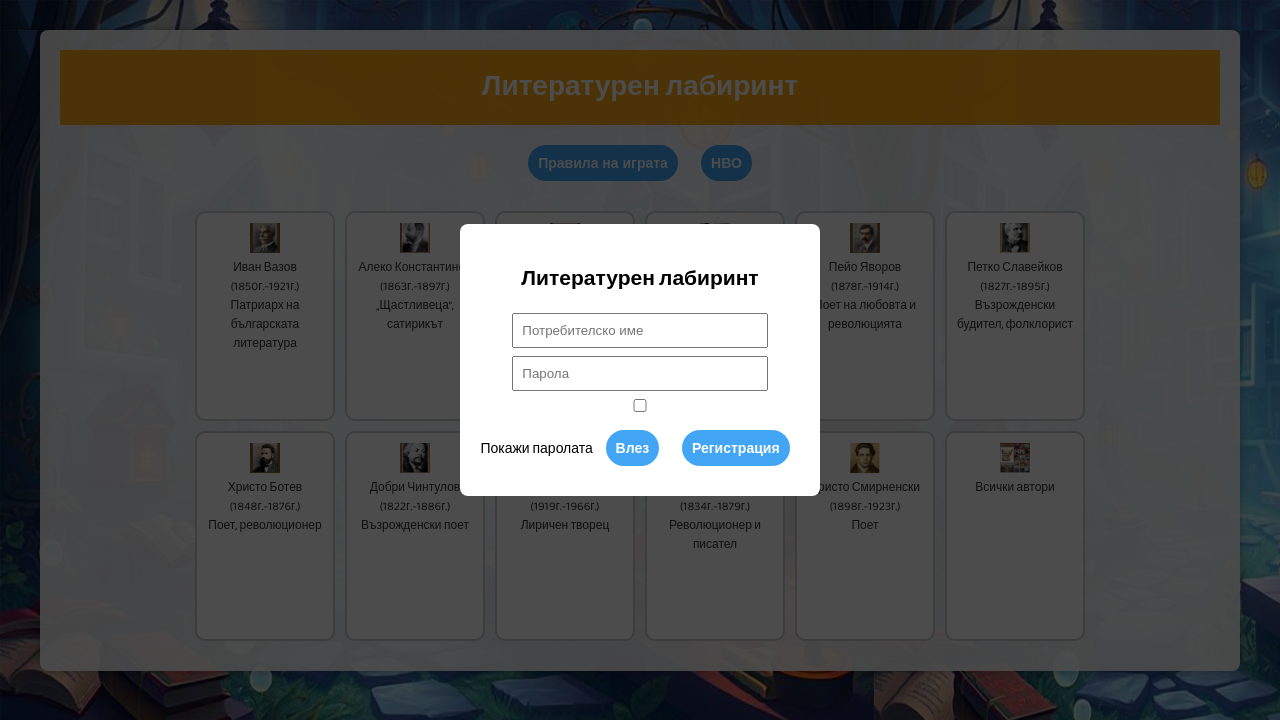
Repository: LY1177/litmaze
Page: public/index.html
The author's editor kept a copy of each file at every save. The page is drawn from the files as they stood at one save, then again after a run of saves.
The browser window is 1280 px wide. The pictures show the window.
A layer covers the whole window, so only the first screen is drawn. Backgrounds fixed to the window are drawn as part of the page.

Above is the page before, as saved 2025-05-01 02:46:01.

### public/index.html
<!DOCTYPE html>
<html lang="bg">
<head>
  <meta charset="UTF-8">
  <!-- Респонсив meta tag -->
  <meta name="viewport" content="width=device-width, initial-scale=1.0">
  <title>Литературен лабиринт – Escape Room</title>
  <!-- шрифт от Google Fonts -->
  <link href="https://fonts.googleapis.com/css2?family=Baloo+2:wght@400;700&display=swap" rel="stylesheet">
  <link rel="stylesheet" href="styles.css">
  <script src="script.js" defer></script>
</head>
<body>
  <!-- Главен контейнер, който ограничава ширината на проекта (не е full-screen) -->
  <div id="main-container">

    <!-- 1) Логин модал -->
    <div id="login-modal" class="modal visible">
      <div class="modal-content">
        <h2>Литературен лабиринт</h2>
        <input type="text" id="username" placeholder="Потребителско име">
        <input type="password" id="password" placeholder="Парола">
        <input type="checkbox" onclick="ShowLoginPassword()" class="passbox">Покажи паролата
        <button id="login-btn" class="btn">Влез</button>
        <button id="open-register-from-login" class="btn">Регистрация</button>
      </div>
    </div>
    <!-- Регистрационен модал -->
    <div id="register-modal" class="modal hidden">
      <div class="modal-content">
        <h2>Регистрация</h2>
        <input type="text"    id="register-username" placeholder="Потребителско име">
        <input type="email"   id="register-email"    placeholder="Имейл">
        <input type="password" id="register-password" placeholder="Парола">
        <div class="modal-buttons">
          <button id="register-btn"        class="btn">Регистрация</button>
          <button id="close-register-btn"  class="btn">Затвори</button>
        </div>
      </div>
    </div>


    <!-- 2) Екран за лабиринта (скрит по начало) -->
    <div id="game-container" class="screen hidden">

      <header id="top-bar">
        <h1 id="labyrinth-title">Лабиринт</h1>
        <div id="user-info">
          Потребител: <span id="display-username"></span> |
          Ниво: <span id="current-level">1</span> |
          Точки: <span id="score">0</span>
        </div>
        <div id="button-row">
          <button id="back-to-authors" class="nav-btn">Назад към авторите</button>
          <button id="next-level" class="nav-btn hidden">Следващо ниво</button>
          <!-- Бутон за управление на фоновата музика -->
          <button id="music-toggle-btn" class="btn">Пауза музика</button>
        <label for="volume-control">Сила на звука:</label>
        <input type="range" id="volume-control" min="0" max="1" step="0.01" value="0.2">
      </div>
      </header>

      <!-- Контейнер за лабиринта -->
      <div id="maze-container-active">
        <div id="maze-active"></div>
        <!-- Героят (🙂), центриран в клетката -->
        <div id="hero"></div>
      </div>
    </div>

    <!-- 3) Екран за избор на автори (флип карти) -->
    <div id="author-selection" class="screen">
      <h2>Литературен лабиринт</h2>
      <div class="rules-btn-container">
  <button id="rules-btn" class="btn">Правила на играта</button>
  <button id="nvo-btn" class="btn">НВО</button>
 </div>


      <!-- Мрежа с 12 карти -->
      <div class="card-container">
        <!-- Карта 1: Иван Вазов -->
        <div class="card" data-author="vazov">
          <div class="card-inner">
            <div class="card-front">
              <img src="images/vazov.jpg" alt="Иван Вазов">
                <p class="portrait-text">Иван Вазов</p>
                <p class="portrait-text">(1850г.-1921г.)</p>
                <p class="portrait-text">Патриарх на българската литература</p>

            </div>
            <div class="card-back">
              <p>Лабиринт – Иван Вазов</p>
              <button class="enter-btn btn">Вход</button>
            </div>
          </div>
        </div>

        <!-- Карта 2: Алеко Константинов -->
        <div class="card" data-author="aleko">
          <div class="card-inner">
            <div class="card-front">
              <img src="images/aleko.jpg" alt="Алеко Константинов">
              <p class="portrait-text">Алеко Константинов</p>
              <p class="portrait-text">(1863г.-1897г.)</p>
              <p class="portrait-text">„Щастливеца“, сатирикът</p>

            </div>
            <div class="card-back">
              <p>Лабиринт – Алеко Константинов</p>
              <button class="enter-btn btn">Вход</button>
            </div>
          </div>
        </div>

        <!-- Карта 3: Елин Пелин -->
        <div class="card" data-author="pelin">
          <div class="card-inner">
            <div class="card-front">
              <img src="images/pelin.jpg" alt="Елин Пелин">
              <p class="portrait-text">Елин Пелин</p>
              <p class="portrait-text">(1877г.-1949г.)</p>
              <p class="portrait-text">Майстор на късия разказ</p>
            </div>
            <div class="card-back">
              <p>Лабиринт – Елин Пелин</p>
              <button class="enter-btn btn">Вход</button>
            </div>
          </div>
        </div>

        <!-- Карта 4: Йордан Йовков -->
        <div class="card" data-author="yordan">
          <div class="card-inner">
            <div class="card-front">
              <img src="images/yordan.jpg" alt="Йордан Йовков">
              <p class="portrait-text">Йордан Йовков</p>
              <p class="portrait-text">(1880г.-1937г.)</p>
              <p class="portrait-text">Хуманистът,<br>„Певец на добротата“</p>
            </div>
            <div class="card-back">
              <p>Лабиринт – Йордан Йовков</p>
              <button class="enter-btn btn">Вход</button>
            </div>
          </div>
        </div>

        <!-- Карта 5: Пейо Яворов -->
        <div class="card" data-author="peyo">
          <div class="card-inner">
            <div class="card-front">
              <img src="images/peyo.jpg" alt="Пейо Яворов">
              <p class="portrait-text">Пейо Яворов</p>
              <p class="portrait-text">(1878г.-1914г.)</p>
              <p class="portrait-text">Поет на любовта и революцията</p>
            </div>
            <div class="card-back">
              <p>Лабиринт – Пейо Яворов</p>
              <button class="enter-btn btn">Вход</button>
            </div>
          </div>
        </div>

        <!-- Карта 6: Петко Славейков -->
        <div class="card" data-author="petko">
          <div class="card-inner">
            <div class="card-front">
              <img src="images/petko.jpg" alt="Петко Славейков">
              <p class="portrait-text">Петко Славейков</p>
              <p class="portrait-text">(1827г.-1895г.)</p>
              <p class="portrait-text">Възрожденски будител, фолклорист</p>
            </div>
            <div class="card-back">
              <p>Лабиринт – Петко Славейков</p>
              <button class="enter-btn btn">Вход</button>
            </div>
          </div>
        </div>

        <!-- Карта 7: Христо Ботев -->
        <div class="card" data-author="hristo">
          <div class="card-inner">
            <div class="card-front">
              <img src="images/hristo.jpg" alt="Христо Ботев">
              <p class="portrait-text">Христо Ботев</p>
              <p class="portrait-text">(1848г.-1876г.)</p>
              <p class="portrait-text">Поет, революционер </p>
            </div>
            <div class="card-back">
              <p>Лабиринт – Христо Ботев</p>
              <button class="enter-btn btn">Вход</button>
            </div>
          </div>
        </div>

        <!-- Карта 8: Добри Чинтулов -->
        <div class="card" data-author="dobri">
          <div class="card-inner">
            <div class="card-front">
              <img src="images/dobri.jpg" alt="Добри Чинтулов">
              <p class="portrait-text">Добри Чинтулов</p>
              <p class="portrait-text">(1822г.-1886г.)</p>
              <p class="portrait-text">Възрожденски поет</p>
            </div>
            <div class="card-back">
              <p>Лабиринт – Добри Чинтулов</p>
              <button class="enter-btn btn">Вход</button>
            </div>
          </div>
        </div>

        <!-- Карта 9: Веселин Ханчев -->
        <div class="card" data-author="veselin">
          <div class="card-inner">
            <div class="card-front">
              <img src="images/veselin.jpg" alt="Веселин Ханчев">
              <p class="portrait-text">Веселин Ханчев</p>
              <p class="portrait-text">(1919г.-1966г.)</p>
                <p class="portrait-text">Лиричен творец</p>

            </div>
            <div class="card-back">
              <p>Лабиринт – Веселин Ханчев</p>
              <button class="enter-btn btn">Вход</button>
            </div>
          </div>
        </div>

        <!-- Карта 10: Любен Каравелов -->
        <div class="card" data-author="lyuben">
          <div class="card-inner">
            <div class="card-front">
              <img src="images/lyuben.jpg" alt="Любен Каравелов">
              <p class="portrait-text">Любен Каравелов</p>
              <p class="portrait-text">(1834г.-1879г.)</p>
              <p class="portrait-text">Революционер и писател</p>
            </div>
            <div class="card-back">
              <p>Лабиринт – Любен Каравелов</p>
              <button class="enter-btn btn">Вход</button>
            </div>
          </div>
        </div>

        <!-- Карта 11: Христо Смирненски -->
        <div class="card" data-author="smirnenski">
          <div class="card-inner">
            <div class="card-front">
              <img src="images/smirnenski.jpg" alt="Христо Смирненски">
              <p class="portrait-text">Христо Смирненски</p>
              <p class="portrait-text">(1898г.-1923г.)</p>
              <p class="portrait-text">Поет</p>
            </div>
            <div class="card-back">
              <p>Лабиринт – Христо Смирненски, вход</p>
              <button class="enter-btn btn">Вход</button>
            </div>
          </div>
        </div>

        <!-- Карта 12: Обобщение -->
        <div class="card" data-author="obobshtenie">
          <div class="card-inner">
            <div class="card-front">
              <img src="images/obobshtenie.jpg" alt="Обобщение">
              <p class="portrait-text">Всички автори</p>
            </div>
            <div class="card-back">
              <p>Лабиринт – Обобщение, вход</p>
              <button class="enter-btn btn">Вход</button>
            </div>
          </div>
        </div>

      </div><!-- .card-container -->
    </div><!-- #author-selection -->

    <!-- Модален прозорец за правилата на играта -->
    <div id="rules-modal" class="modal hidden">
      <div class="modal-content wide-modal">
        <h2>Правила на играта</h2>
        <p>
          1. Щракнете върху картата на избрания от вас автор, картата ще се завърти<br>
          2. На гърба на картата е бутона за вход в лабиринта.<br>
          3. Целта е да се стигне до изхода на лабиринта.<br>
          4. На входа има подсказка за началната посока на движение.<br>
          5. За да се придвижвате напред трябва да давате верни отговори на въпросите.<br>
          6. След всеки верен отговор ще получавате посоката на движение<br>
          7. Ако не отговорите правилно, ще можете да опитате отново.<br>
          8. Ако се върнете назад, ще видите съобщение: "Връщаш се назад..."<br>
          9. Забавлявайте се!
        </p>
        <button id="close-rules" class="btn">Затвори</button>
      </div>
    </div>

    <!-- Модален прозорец за въпроси -->
    <div id="question-modal" class="modal hidden">
      <div class="modal-content question-modal-content">
        <h2 id="question-title">Въпрос</h2>
        <div id="question-text"></div>
        <div id="question-answers"></div>
        <div class="modal-buttons">
          <button id="close-question-btn" class="btn">Затвори</button>
        </div>
      </div>
    </div>
    <!-- Модален прозорец за избор на година за НВО -->
<div id="nvo-modal" class="modal hidden">
  <div class="modal-content">
    <h2>Изберете година за НВО</h2>
    <select id="nvo-year-select">
      <option value="">-- Изберете година --</option>
      <option value="nvo2022">НВО 2022</option>
      <option value="nvo2023">НВО 2023</option>
      <option value="nvo2024">НВО 2024</option>

    </select>
    <div class="modal-buttons">
      <button id="nvo-select-btn" class="btn">Вход</button>
      <button id="nvo-close-btn" class="btn">Затвори</button>
    </div>
  </div>
</div>
<!-- Модален прозорец за показване на текста (пасаж) -->
<div id="passage-modal" class="modal hidden">
  <div class="modal-content">
    <h2>Текст</h2>
    <div id="passage-container"></div>
    <div class="modal-buttons">
      <button id="close-passage-btn" class="btn">Затвори</button>
    </div>
  </div>
</div>

  </div><!-- #main-container -->

<div id="fun-fact-modal" class="modal hidden">
  <div class="modal-content">
    <h2>💡Любопитен факт</h2>
    <div id="fun-fact-content"></div>
    <button id="close-fun-fact-btn" class="btn">Затвори</button>
  </div>
</div>


</body>
</html>

Loaded but not shown: public/script.js (1539 lines, source omitted); public/styles.css (706 lines, source omitted)

After the next 2 saves:
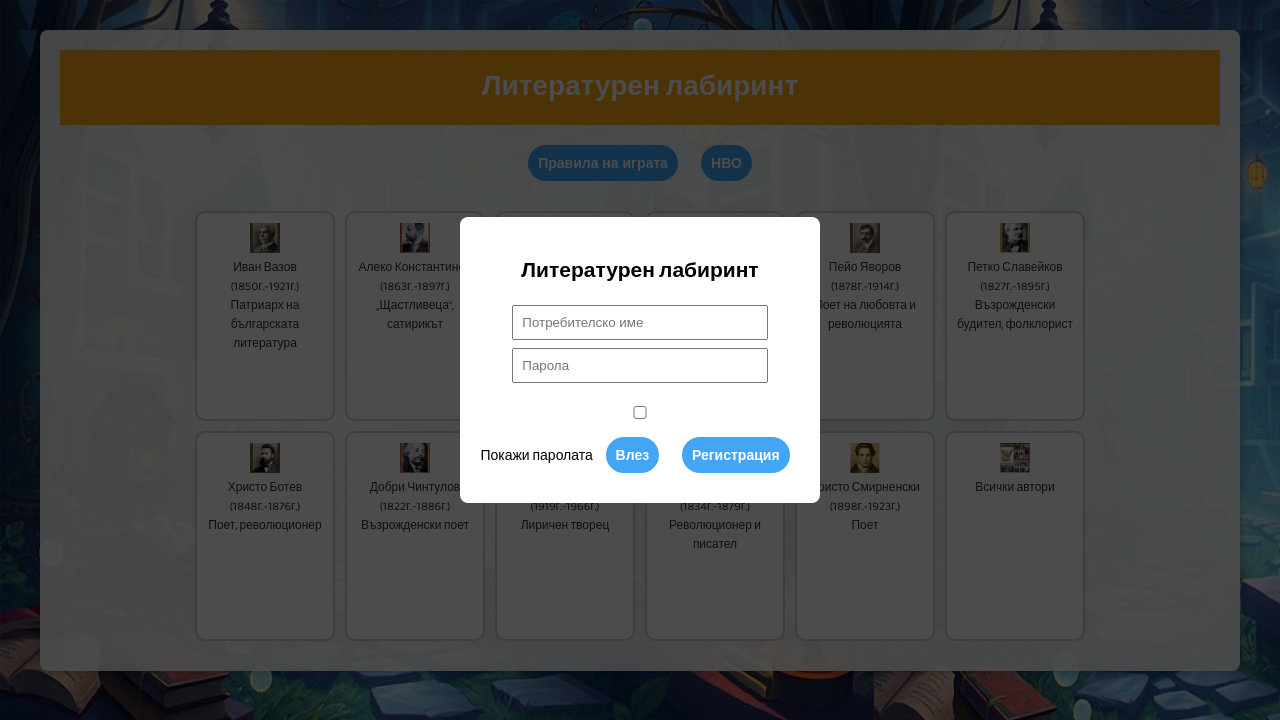
The 2 saves are shown as one change because they came seconds apart.
The last was saved 104 s later.
--- a/public/index.html
+++ b/public/index.html
@@ -20,6 +20,7 @@
         <h2>Литературен лабиринт</h2>
         <input type="text" id="username" placeholder="Потребителско име">
         <input type="password" id="password" placeholder="Парола">
+        <div class="modal-buttons"></div>
         <input type="checkbox" onclick="ShowLoginPassword()" class="passbox">Покажи паролата
         <button id="login-btn" class="btn">Влез</button>
         <button id="open-register-from-login" class="btn">Регистрация</button>
